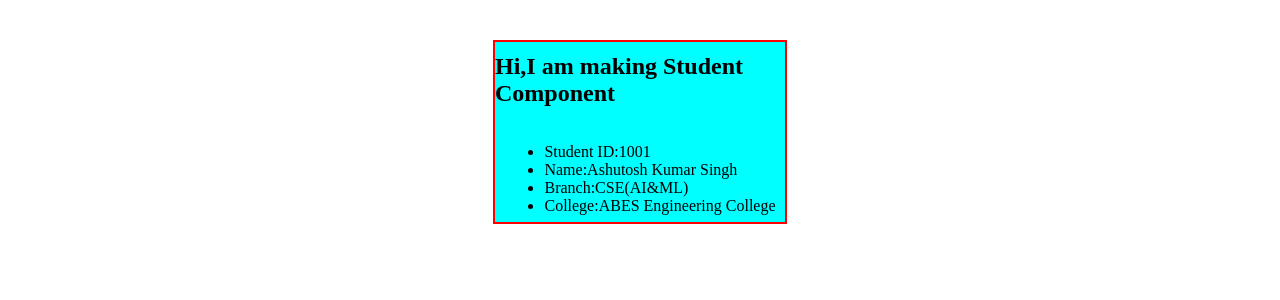
Repository: ashurauza/FSD_Sem5
Page: / (app in FSD_Sem5/CSS/ReactRevisionDOM/)
These files come from the project's save history. The page is drawn as it stood at one moment and after the next save; the edit follows.
The browser window is 1280 px wide. The pictures show the whole page.
The project was rebuilt for these pictures with package versions that can differ from the ones it lists, and the page was loaded fresh each time.

Above is the page before, as saved 2025-10-29 15:18:25.

### FSD_Sem5/CSS/ReactRevisionDOM/index.html
<!DOCTYPE html>
<html lang="en">
<head>
    <meta charset="UTF-8">
    <meta name="viewport" content="width=device-width, initial-scale=1.0">
    <title>RevisionDOM</title>
</head>
<body>
    <div id="parent"></div>
    <script src="https://unpkg.com/react@18/umd/react.development.js" crossorigin></script>
    <script src="https://unpkg.com/react-dom@18/umd/react-dom.development.js" crossorigin></script>
    <script src="student.jsx" type="module"></script>

</body>
</html>

### FSD_Sem5/CSS/ReactRevisionDOM/student.jsx



const parent = document.getElementById("parent");
const root = ReactDOM.createRoot(parent);


const h21=<h2>
    Hi,I am making Student Component
</h2>
const li11=<li>Student ID:1001</li>
const li22=<li>Name:Ashutosh Kumar Singh</li>
const li33=<li>Branch:CSE(AI&ML)</li>
const li44=<li>College:ABES Engineering College</li>
const ul1=<ul>{[li11,li22,li33,li44]}</ul>
const wrapper1=(
    <>
    {h21}
    {ul1}
    </>
)

const wrapper = React.createElement("div", {style: {height: "180px",
      width: "290px",
      backgroundColor: "cyan",
      border: "2px solid red",
      margin: "40px auto",
      textAlign: "left",
      display: "flex",
      flexDirection: "column",
      justifyContent: "center",
      alignItems: "center"}}, [h21, ul1]);

root.render(wrapper);

After the next save:
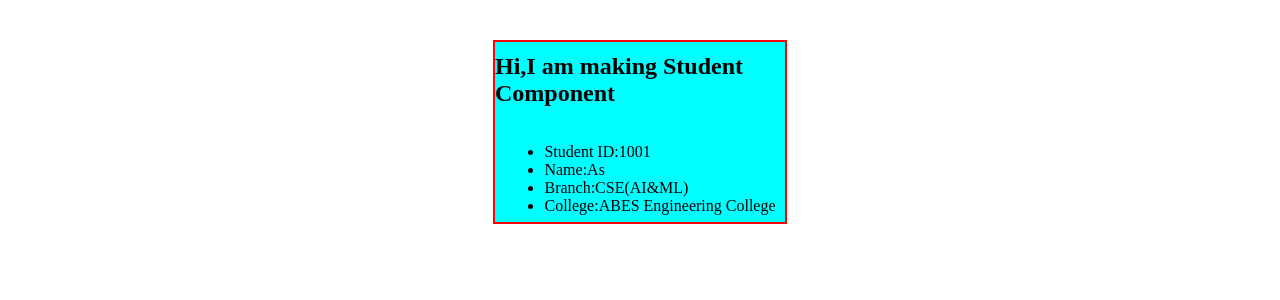
Saved 10 min 15 s later.
--- a/FSD_Sem5/CSS/ReactRevisionDOM/student.jsx
+++ b/FSD_Sem5/CSS/ReactRevisionDOM/student.jsx
@@ -9,7 +9,7 @@
     Hi,I am making Student Component
 </h2>
 const li11=<li>Student ID:1001</li>
-const li22=<li>Name:Ashutosh Kumar Singh</li>
+const li22=<li>Name:As</li>
 const li33=<li>Branch:CSE(AI&ML)</li>
 const li44=<li>College:ABES Engineering College</li>
 const ul1=<ul>{[li11,li22,li33,li44]}</ul>
